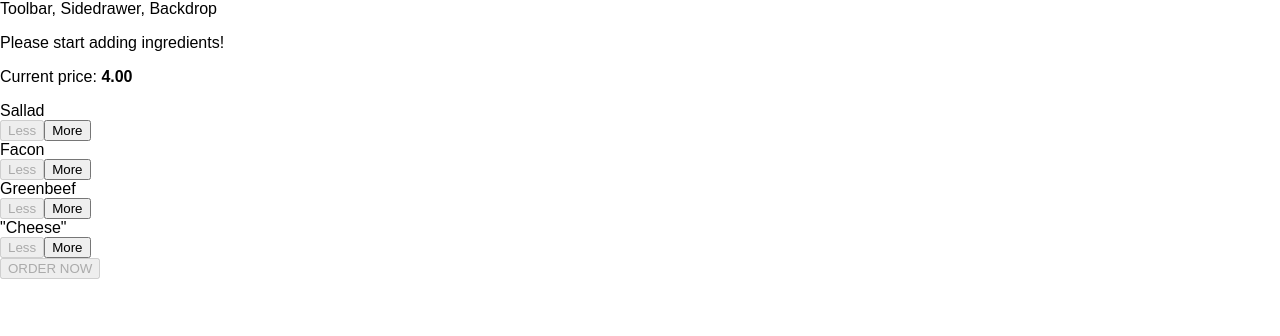
Repository: JuanitaPirizadeh/Burger-builder-react
Page: /
The author's editor kept a copy of each file at every save. The page is drawn from the files as they stood at one save, then again after the next save.
The browser window is 1280 px wide. The pictures show the whole page.
The project was rebuilt for these pictures with package versions that can differ from the ones it lists, and the page was loaded fresh each time. Also part of the build but not shown: src/components/Layout/Layout.css, src/components/Burger/Burger.css, src/components/Burger/BurgerIngredient/BurgerIngredient.css, src/components/Burger/BuildControls/BuildControl/BuildControl.css, src/components/Burger/BuildControls/BuildControls.css, src/components/UI/Modal/Modal.css, src/components/Burger/OrderSummary/OrderSummary.js.

Above is the page before, as saved 2020-01-06 12:31:55.

### src/index.css
body {
  margin: 0;
  padding: 0;
  font-family: "Opens sans", sans-serif;
}

### src/App.js
import React, { Component } from 'react';
import Layout from './components/Layout/Layout';
import BurgerBuilder from './containers/BurgerBuilder/BurgerBuilder'


class App extends Component {
  render() {
    return (
      <div>
        <Layout>
        <BurgerBuilder />
        </Layout>
      </div>
    );
  }
}

export default App;

### src/components/Layout/Layout.js
import React from 'react';
import Aux from '../../hoc/Aux';
import classes from './Layout.css'

const layout = (props) => (
    <Aux>
        <div>Toolbar, Sidedrawer, Backdrop </div>
        <main className={classes.Content}>
            {props.children}
        </main>
  </Aux>
);

export default layout;

### src/containers/BurgerBuilder/BurgerBuilder.js
import React, {Component} from 'react';
import Aux from '../../hoc/Aux';
import Burger from '../../components/Burger/Burger';
import BuildControls from '../../components/Burger/BuildControls/BuildControls';
import Modal from '../../components/UI/Modal/Modal'
import OrderSummary from '../../components/Burger/OrderSummary/OrderSummary';

const INGREDIENT_PRICES = {
    sallad: 0.5,
    cheese: 0.5,
    greenbeef: 1.5,
    facon: 0.7,
}


class BurgerBuilder extends Component {
    state = {
        ingredients: {
            sallad: 0,
            cheese: 0,
            greenbeef: 0,
            facon: 0,
        },
        totalPrice: 4,
        purchaseable: false
    }

    updatePurchaseState(ingredients) {

        const sum = Object.keys(ingredients).map(igKey => {
            return ingredients[igKey]
        })
        .reduce((sum, el) =>{
            return sum + el;
        }, 0);
        this.setState({purchaseable: sum > 0});
    }
    addIngredientHandler = (type) => {
        const oldCount = this.state.ingredients[type];
        const updatedCount = oldCount + 1;
        const updatedIngredients = {
            ...this.state.ingredients
        };
        updatedIngredients[type] = updatedCount;
        const priceAddition = INGREDIENT_PRICES[type];
        const oldPrice = this.state.totalPrice;
        const newPrice = oldPrice + priceAddition;
        this.setState({totalPrice: newPrice, ingredients: updatedIngredients})
        this.updatePurchaseState(updatedIngredients);
    }

    removeIngredientHandler = (type) => {
            const oldCount = this.state.ingredients[type];
            if (oldCount <= 0) {
                return;
            }
            const updatedCount = oldCount - 1;
            const updatedIngredients = {
                ...this.state.ingredients
            };
            updatedIngredients[type] = updatedCount;
            const priceDeduction = INGREDIENT_PRICES[type];
            const oldPrice = this.state.totalPrice;
            const newPrice = oldPrice - priceDeduction;
            this.setState({totalPrice: newPrice, ingredients: updatedIngredients})
            this.updatePurchaseState(updatedIngredients);
    }

    render(){
        const disabledInfo = {
                ...this.state.ingredients
            };
            for (let key in disabledInfo) {
                disabledInfo[key] = disabledInfo[key] <= 0
            }
        return(

<Aux>
    <Modal />
    <Burger ingredients={this.state.ingredients} />
    <BuildControls
    ingredientAdded={this.addIngredientHandler}
    ingredientRemoved={this.removeIngredientHandler}
    disabled={disabledInfo}
    purchasable={this.state.purchaseable}
    price={this.state.totalPrice} />
</Aux>
        );
    }
}

export default BurgerBuilder;

### src/components/Burger/Burger.js
import React from 'react';
import classes from './Burger.css';
import BurgerIngredient from './BurgerIngredient/BurgerIngredient';

const burger = (props) => {
    let transformedIngredients = Object.keys(props.ingredients)
    .map(igKey => {
        return [...Array(props.ingredients[igKey])].map((_, i) => {
            return <BurgerIngredient key={igKey + i} type={igKey} />;
        }); //Array with two elements
    })
    .reduce((arr, el) => {
        return arr.concat(el)
    }, []);

    if (transformedIngredients.length === 0) {
        transformedIngredients = <p>Please start adding ingredients!</p>
    }

    return(
        <div className={classes.Burger}>
            <BurgerIngredient type="bread-top"/>
            {transformedIngredients}
            <BurgerIngredient type="bread-bottom" />
        </div>
    );
};

export default burger;

### src/components/Burger/BuildControls/BuildControls.js
import React from 'react';
import BuildControl from './BuildControl/BuildControl';
import classes from './BuildControls.css';


const controls = [
    {label: 'Sallad', type: 'sallad'},
    {label: 'Facon', type: 'facon'},
    {label: 'Greenbeef', type: 'greenbeef'},
    {label: '"Cheese"', type: 'cheese'},
];

const buildControls = (props) => (
    <div className={classes.BuildControls}>
        <p>Current price: <strong>{props.price.toFixed(2)}</strong></p>
        {controls.map(ctrl => (
            <BuildControl
            key={ctrl.label}
            label={ctrl.label}
            added={() => props.ingredientAdded(ctrl.type)}
            removed={() => props.ingredientRemoved(ctrl.type)}
            disabled={props.disabled[ctrl.type]}
            />
        ))}
        <button className={classes.OrderButton}
        disabled={!props.purchasable}
        >ORDER NOW</button>
    </div>
);

export default buildControls;

### src/components/UI/Modal/Modal.js
import React from 'react';
import classes from './Modal.css';


const modal = (props) => (
    <div className={classes.Modal}>
        {props.children}
    </div>
);

export default modal;

### src/components/Burger/BurgerIngredient/BurgerIngredient.js
import React, {Component} from 'react';
import propTypes from 'prop-types';

import classes from './BurgerIngredient.css';

class BurgerIngredient extends Component {
    render(){

    let ingredient = null;

    switch (this.props.type) {
        case ('bread-bottom'):
            ingredient = <div className={classes.BreadBottom}></div>;
            break;

            case ('bread-top'):
                ingredient = (
                        <div className={classes.BreadTop}>
                       <div className={classes.Seeds1}></div>
                       <div className={classes.Seeds2}></div>
                        </div>
                        );
                break;


                case ('greenbeef'):
                    ingredient = <div className={classes.Greenbeef}></div>;
                    break;

                    case ('cheese'):
                            ingredient = <div className={classes.Cheese}></div>;
                            break;

                            case ('facon'):
                                    ingredient = <div className={classes.Facon}></div>;
                                    break;

                                    case ('sallad'):
                                            ingredient = <div className={classes.Sallad}></div>;
                                            break;

                                            default:
                                            ingredient = null;


    }
return ingredient;
}
}
BurgerIngredient.propTypes = {
    type: propTypes.string.isRequired
}
export default BurgerIngredient;

### src/components/Burger/BuildControls/BuildControl/BuildControl.js
import React from 'react';
import classes from './BuildControl.css';

const buildControl = (props) => (
    <div className={classes.BuildControl}>
        <div className={classes.Label}>{props.label}</div>

    <button
    className={classes.Less}
    onClick={props.removed}
    disabled={props.disabled}>Less</button>

    <button
    className={classes.More}
    onClick={props.added}>More</button>

    </div>
);

export default buildControl;

Loaded but not shown: src/index.js (common file); src/registerServiceWorker.js (common file); src/hoc/Aux.js (common file)

After the next save:
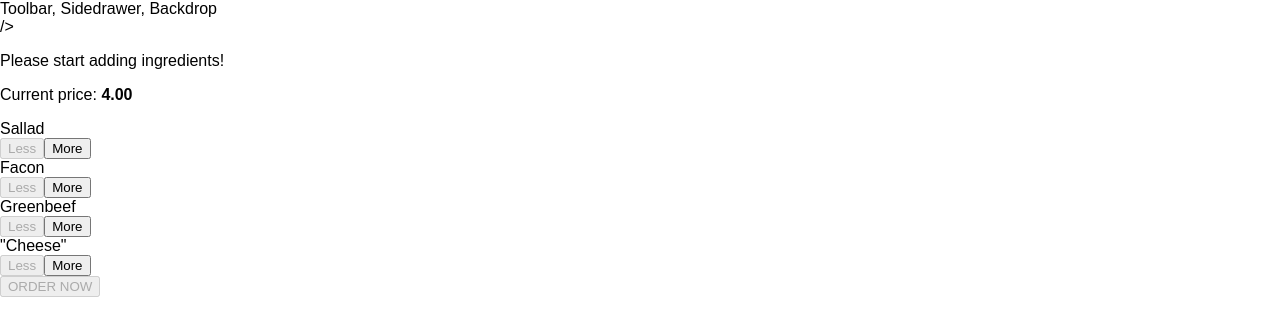
Saved 15 s later.
--- a/src/containers/BurgerBuilder/BurgerBuilder.js
+++ b/src/containers/BurgerBuilder/BurgerBuilder.js
@@ -76,7 +76,7 @@
         return(
 
 <Aux>
-    <Modal />
+    <Modal></Modal> />
     <Burger ingredients={this.state.ingredients} />
     <BuildControls
     ingredientAdded={this.addIngredientHandler}

After the save that followed:
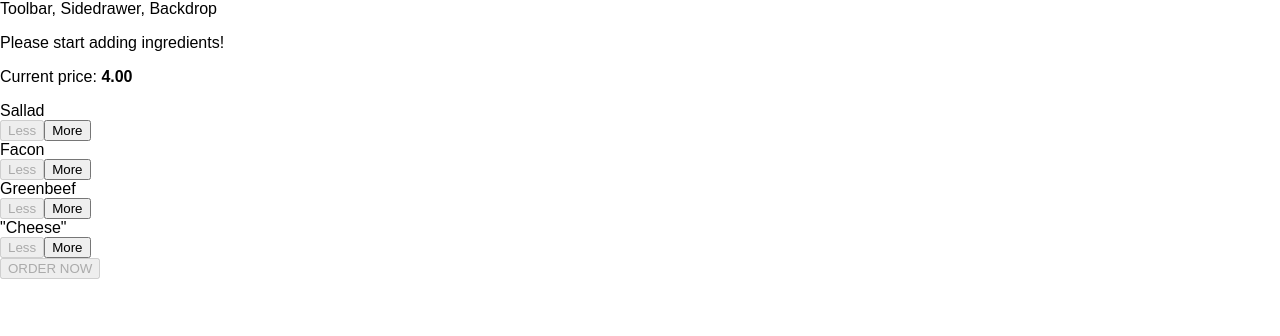
Saved 7 s later.
--- a/src/containers/BurgerBuilder/BurgerBuilder.js
+++ b/src/containers/BurgerBuilder/BurgerBuilder.js
@@ -76,7 +76,7 @@
         return(
 
 <Aux>
-    <Modal></Modal> />
+    <Modal></Modal>
     <Burger ingredients={this.state.ingredients} />
     <BuildControls
     ingredientAdded={this.addIngredientHandler}
